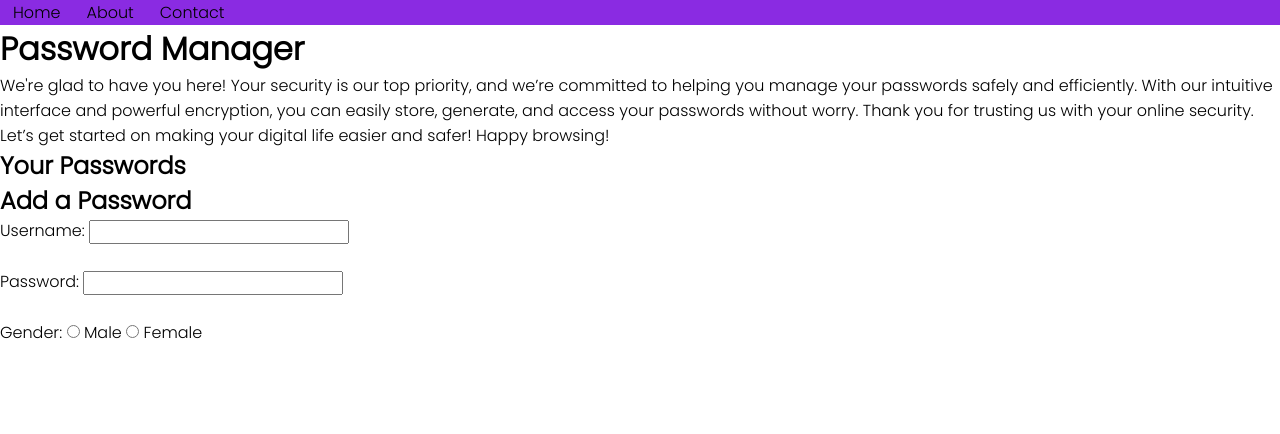
Repository: Abhi2807ar/PASSWORD-MANAGER
Page: index.html
An editor plug-in stored every save of this project. The page is shown before and after the next save, followed by the edit.
The browser window is 1280 px wide. The pictures show the whole page.

Above is the page before, as saved 2024-10-14 14:42:25.

After the next save:
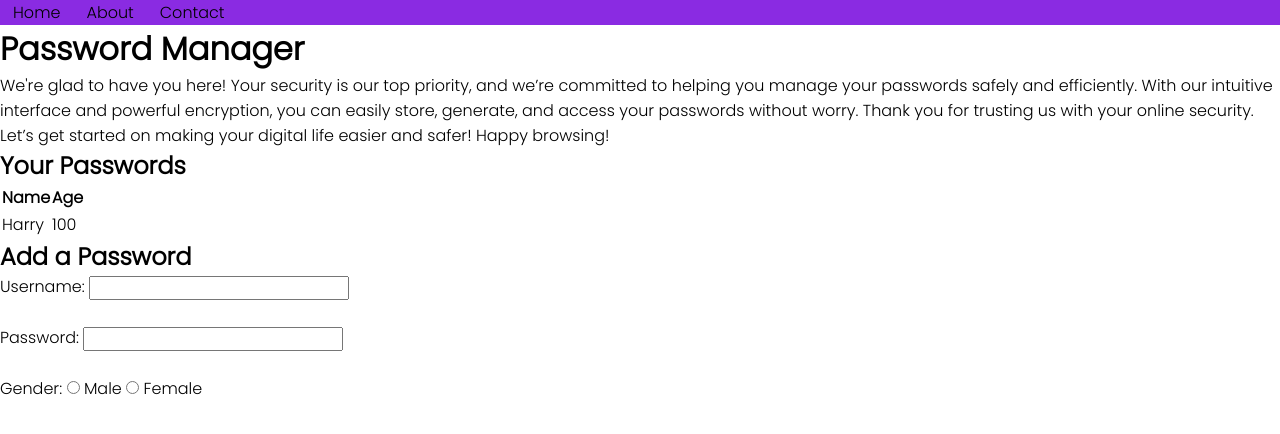
Saved 35 s later.
--- a/index.html
+++ b/index.html
@@ -51,6 +51,16 @@ Thank you for trusting us with your online security. Let’s get started on maki
 Happy browsing!
         </p>
         <h2>Your Passwords</h2>
+        <table>
+            <tr>
+              <th>Name</th>
+              <th>Age</th>
+            </tr>
+            <tr>
+              <td>Harry</td>
+              <td>100</td>
+            </tr>
+          </table>
         <h2>Add a Password</h2>
 
     </div>
